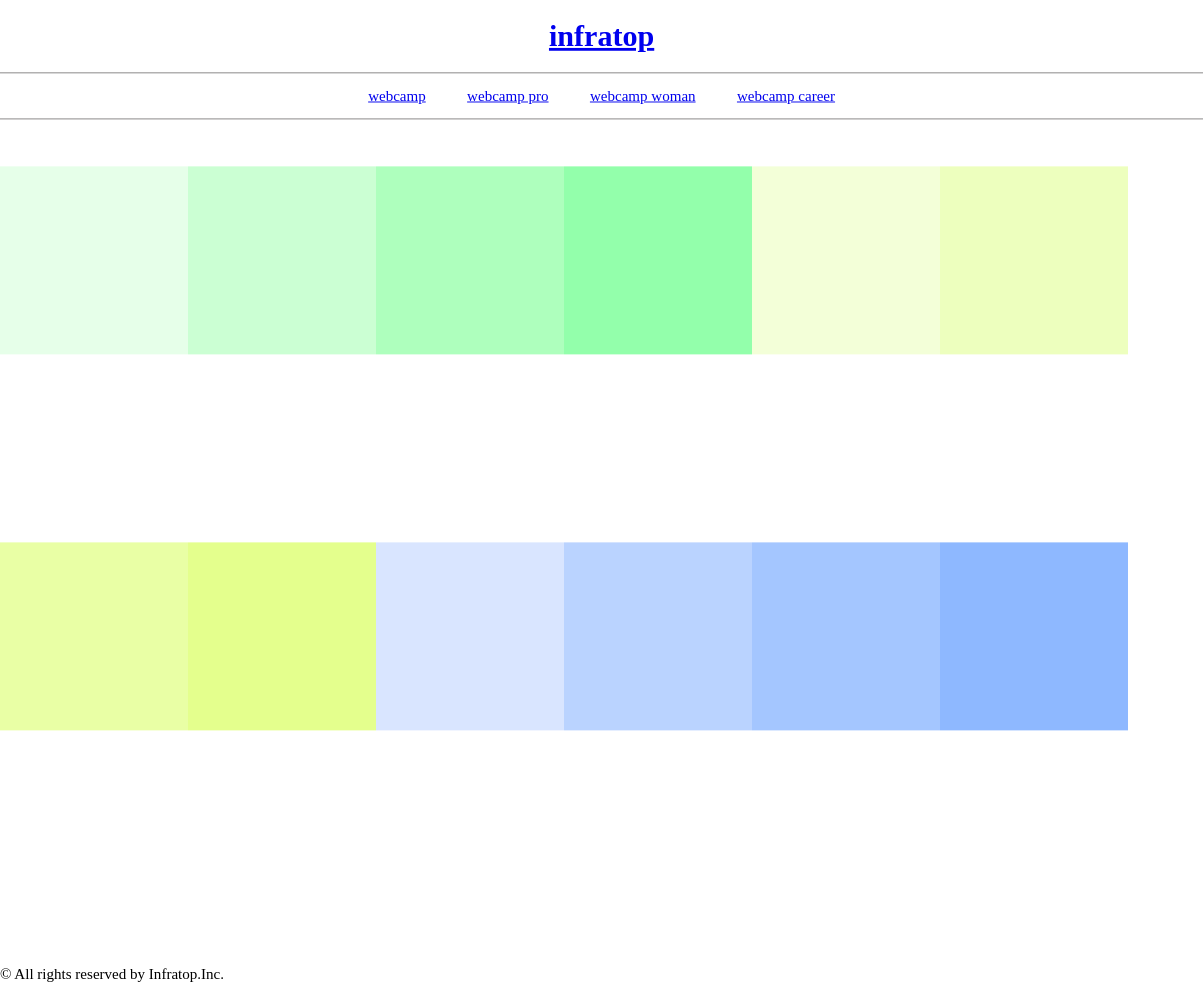
Repository: gukbvhrsui/r
Page: review2/review2.html
The author's editor kept a record of every edit. The page is drawn from the files as they stood at one moment, then again after the next edit.
The browser window is 1280 px wide. The pictures show the whole page, at 94% of full size.

Above is the page before.

### review2/review2.html
<!DOCTYPE html>
<html>
  <head>
  <meta charset="UTF-8">
  <title>演習１－５</title>
  <link rel="stylesheet" href="review2.css">
</head>
<body>
  <header>
    <h1>
      <a href="https://infratop.jp/">infratop</a>
    </h1>
  </header>
  <nav>
    <ul class="nav-list">
      <li class="nav-list-item">
       <a href="https://web-camp.io/">webcamp</a>
      </li>
      <li class="nav-list-item">
        <a href="https://web-camp.io/commit/">webcamp pro</a>
      </li>
      <li class="nav-list-item">
        <a href="https://web-camp.io/">webcamp woman</a>
      </li>
      <li class="nav-list-item">
        <a href="https://web-camp.io/">webcamp career</a>
      </li>
    </ul>
  </nav>
  <main>
    <box class="box1"></box>
    <box class="box2"></box>
    <box class="box3"></box>
    <box class="box4"></box>
    <box class="box5"></box>
    <box class="box6"></box>
    <box class="box7"></box>
    <box class="box8"></box>
    <box class="box9"></box>
    <box class="box10"></box>
    <box class="box11"></box>
    <box class="box12"></box>
  </main>
  <footer>
    <p>© All rights reserved by Infratop.Inc.</p>
  </footer>
</body>
</html>

### review2/review2.css
* {
  margin: 0;
  padding: 0;
  box-sizing: border-box;
}

header {
  width: 100%;
  padding: 20px 0;
  text-align: center;
}

.nav-list {
  text-align: center;
  margin: 0 auto;
  padding: 15px 0;
  border-top: 1px solid #848282;
  border-bottom: 1px solid #848282;
}

.nav-list-item {
  list-style: none;
  display: inline-block;
  margin: 0 20px;
}

main {
  margin: 50px auto;
  height: 800px;
  display: flex;
  flex-wrap: wrap;
}

.box1 {
  width: 200px;
  height: 200px;
  background-color: #e6ffe9;
}

.box2 {
  width: 200px;
  height: 200px;
  background-color: #cbffd3;
}

.box3 {
  width: 200px;
  height: 200px;
  background-color: #aeffbd;
}

.box4 {
  width: 200px;
  height: 200px;
  background-color: #93ffab;
}

.box5 {
  width: 200px;
  height: 200px;
  background-color: #f3ffd8;
}

.box6 {
  width: 200px;
  height: 200px;
  background-color: #edffbe;
}

.box7 {
  width: 200px;
  height: 200px;
  background-color: #e9ffa5;
}

.box8 {
  width: 200px;
  height: 200px;
  background-color: #e4ff8d;
}

.box9 {
  width: 200px;
  height: 200px;
  background-color: #d9e5ff;
}

.box10 {
  width: 200px;
  height: 200px;
  background-color: #bad3ff;
}

.box11 {
  width: 200px;
  height: 200px;
  background-color: #a4c6ff;
}

.box12 {
  width: 200px;
  height: 200px;
  background-color: #8eb8ff;
}

After the next edit:
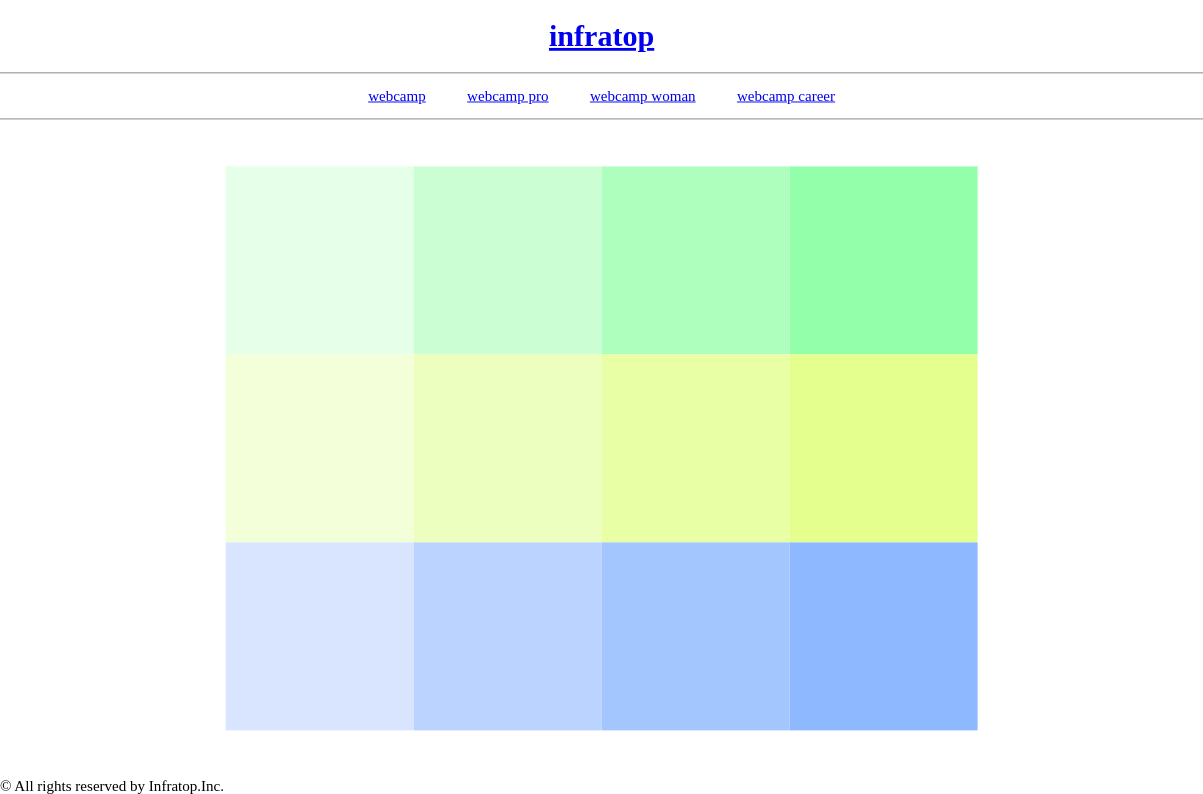
The edit:
--- a/review2/review2.css
+++ b/review2/review2.css
@@ -25,8 +25,8 @@
 }
 
 main {
+  width: 800px;
   margin: 50px auto;
-  height: 800px;
   display: flex;
   flex-wrap: wrap;
 }
